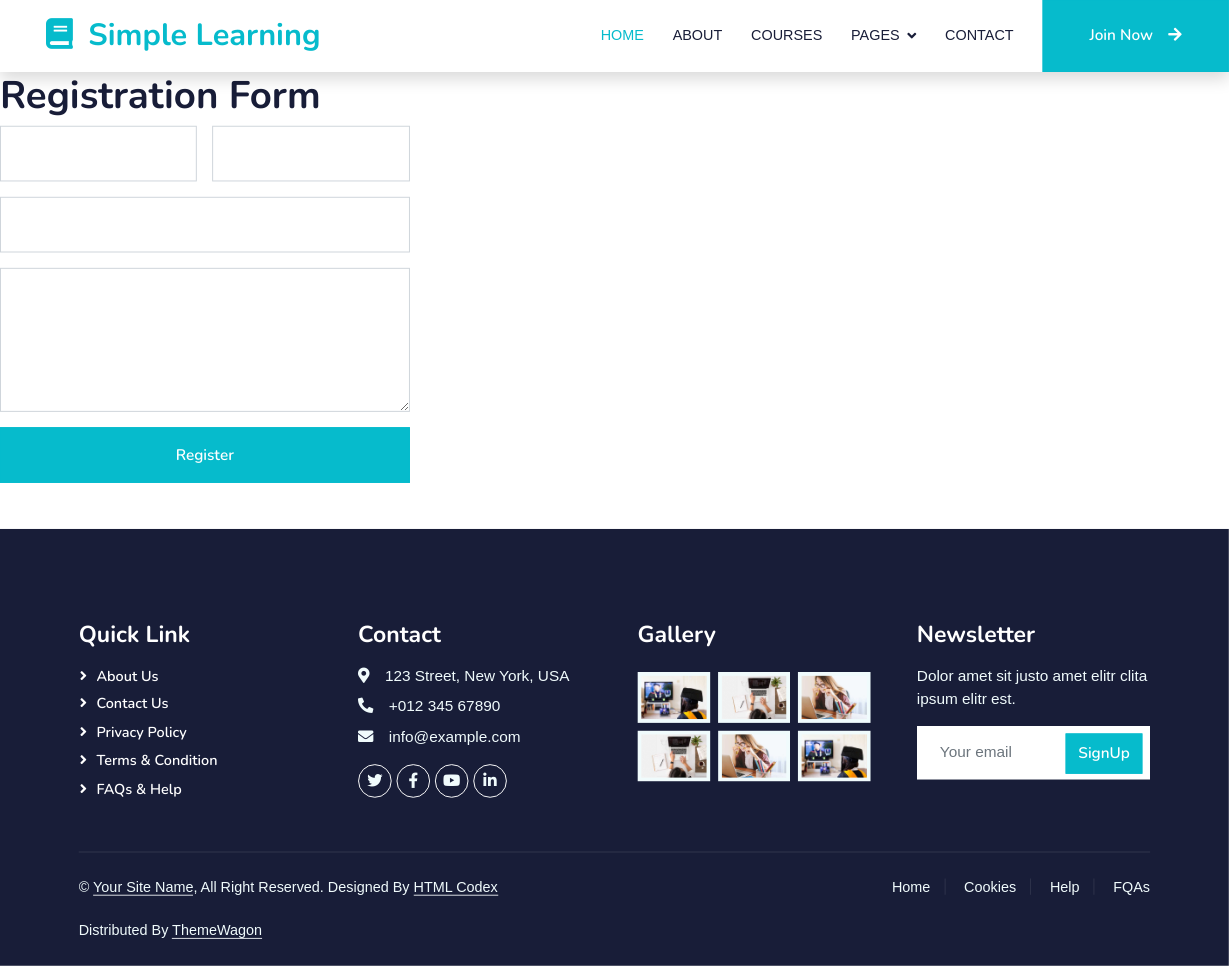
Repository: Arumugam2002/ARUMUGAM-TOPS-DAILY-TASKS
Page: http://localhost/register
These files come from the project's save history. The page is drawn as it stood at one moment and after the next save; the edit follows.
The browser window is 1280 px wide. The pictures show the whole page, at 96% of full size.
Some web fonts or font styles are not loaded; a fallback is used. Some web libraries are served in a nearby version. The page is this project's Thymeleaf template; nobody is signed in. The template is opened directly, without the code that normally fills it, so the values that code supplies are empty.

Above is the page before, as saved 2024-07-16 09:15:22.

After the next save:
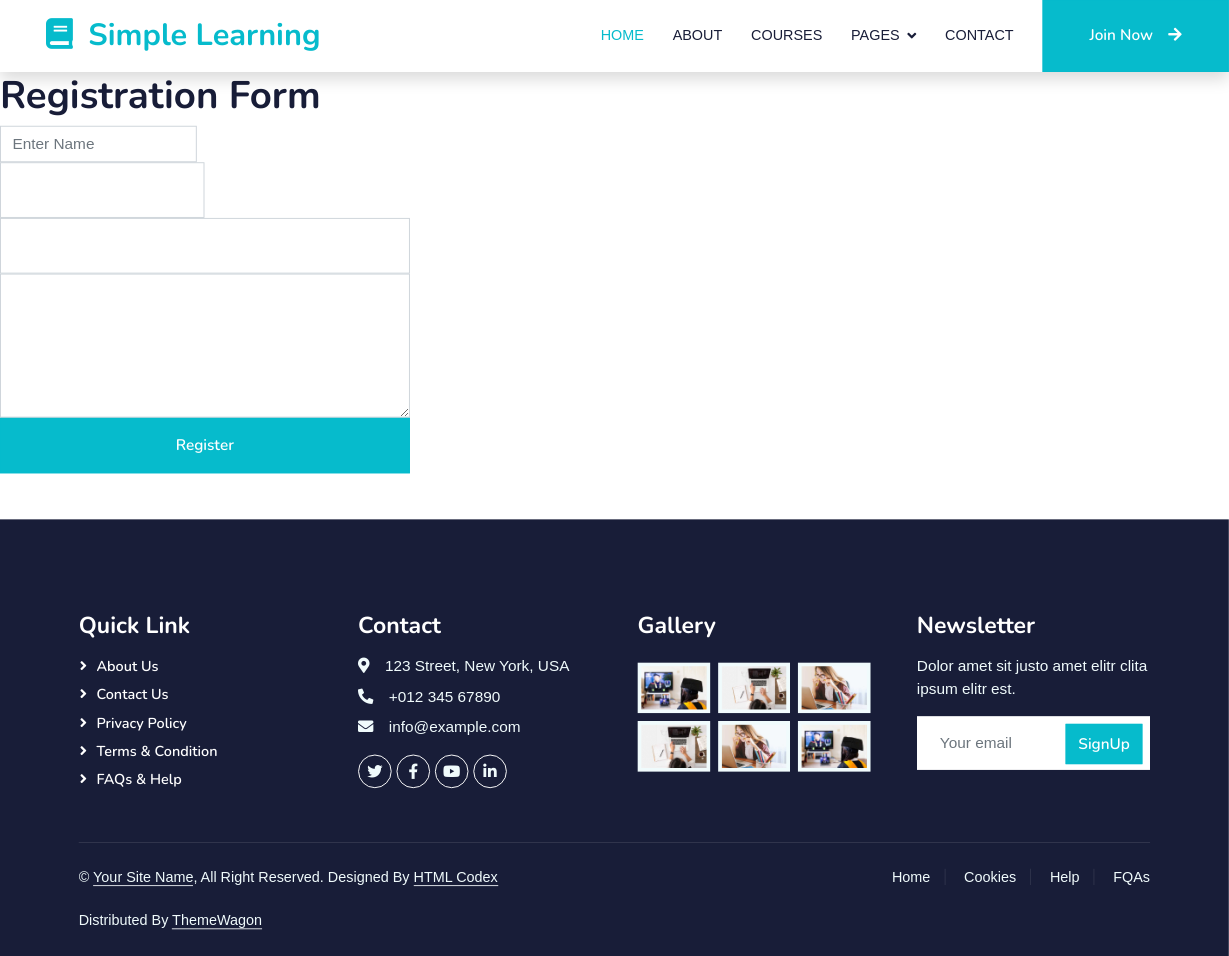
Saved 45 s later.
--- a/Java SpringBoot/Spring_Eclipse/SpringwithTemplate/src/main/resources/templates/register.html
+++ b/Java SpringBoot/Spring_Eclipse/SpringwithTemplate/src/main/resources/templates/register.html
@@ -15,7 +15,7 @@
 		<form action="/add" method="post">
 			<div class="row g-3">
 				<div class="col-md-6">
-					<div class="form-floating">
+
 						<input type="text" class="form-control" name="name" id="name" placeholder="Enter Name">
 
 					</div>
